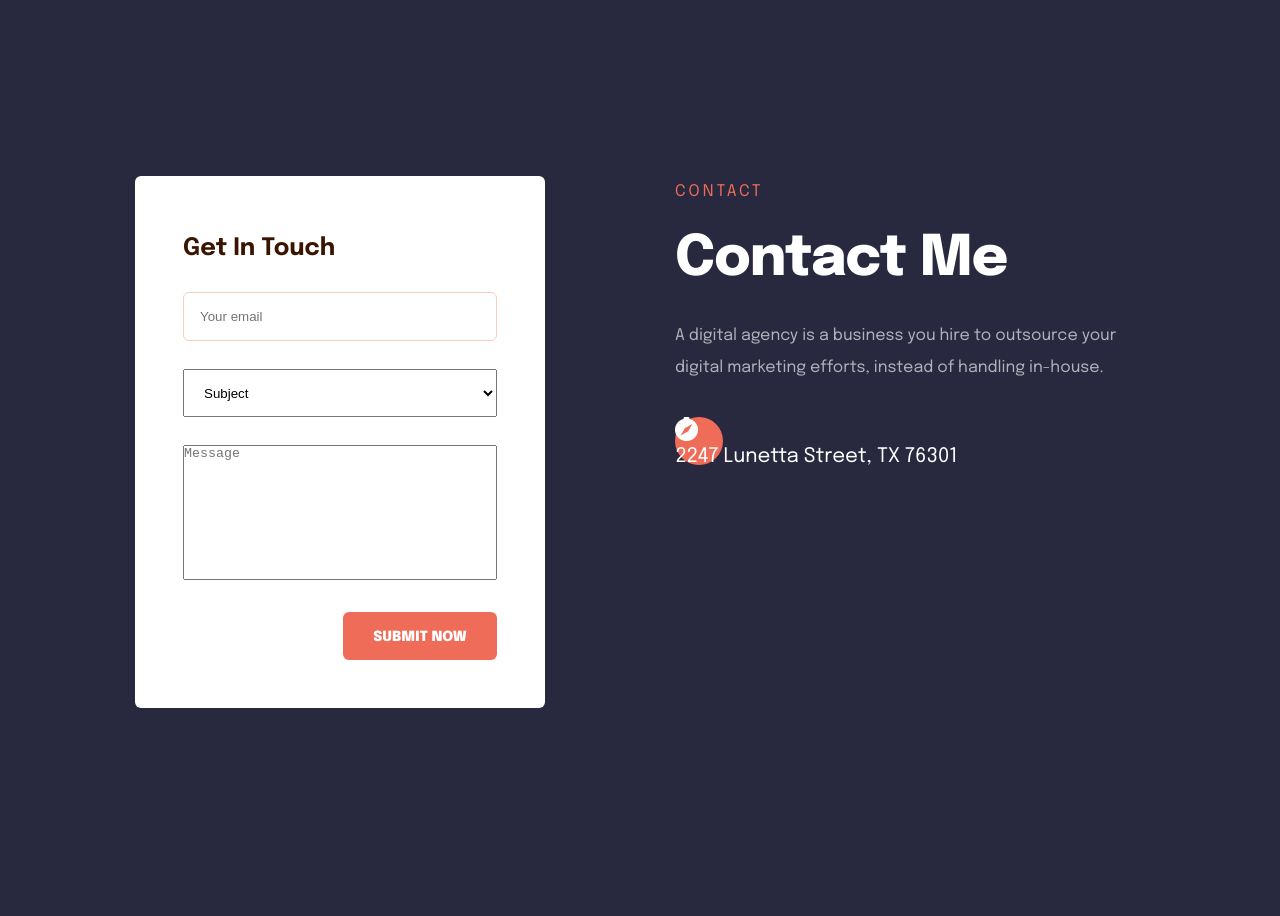
Repository: simralgasimov/contact-me
Page: index.html
An editor plug-in stored every save of this project. The page is shown before and after the next save, followed by the edit.
The browser window is 1280 px wide. The pictures show the whole page.

Above is the page before, as saved 2023-10-04 13:31:24.

### index.html
<!DOCTYPE html>
<html lang="en">
  <head>
    <meta charset="UTF-8" />
    <meta name="viewport" content="width=device-width, initial-scale=1.0" />
    <title>Document</title>
    <link rel="stylesheet" href="./index.css" />
  </head>
  <body>
    <div class="container">
        <form action="">
          <p>Get In Touch</p>
          <label for="">
            <input type="email" placeholder="Your email" />
          </label>

          <label for="subject">
            <select name="" id="subject">
              <option value="subject">Subject</option>
              <option value="subject">Subject</option>
              <option value="subject">Subject</option>
            </select>
          </label>

          <label for="">
            <textarea name=""  placeholder="Message" id=""></textarea>
            <!-- <input type="textarea" name="" id="" /> -->
          </label>
          <button><a href="">Submit Now</a></button>
        </form>


      <div class="contact-me">
        <h1>Contact</h1>
        <h2>Contact Me</h2>
        <p>
          A digital agency is a business you hire to outsource your digital
          marketing efforts, instead of handling in-house.
        </p>
        <div class="cirycle">
          <img src="./img/Shape.png" alt="" />
          <p>2247 Lunetta Street, TX 76301</p>
        </div>
      </div>
    </div>
  </body>
</html>

### index.css
@import url("https://fonts.googleapis.com/css2?family=Epilogue:wght@400;700;800;900&display=swap");
* {
  margin: 0;
  padding: 0;
  box-sizing: border-box;
}

.container {
  padding: 176px 135px 208px 135px;
  background: #28293e;
  display: flex;
  /* justify-content: space-between; */
}

.container p {
  margin-bottom: 27px;
  color: var(--Text_Dark, #391400);
  font-feature-settings: "clig" off, "liga" off;

  font-family: Epilogue;
  font-size: 24px;
  font-style: normal;
  font-weight: 700;
  line-height: 32px;
}

.container form {
  width: 570px;
  margin-right: 130px;
  padding: 57px 48px 48px 48px;
  border-radius: 6px;
  background: #fff;
}

.container input {
  padding: 16px;
  border-radius: 6px;
  border: 1px solid #f3d1bf;
  background: #fff;
}

.container form label {
  display: block;
  margin-bottom: 28px;
}

.container input,
.container textarea,
.container select
{
  width: 100%;
}
.container  input [type="email"] {
  height: 48px;
}

.container  select{
  height: 48px;
  padding: 0 16px;
}

.container  textarea{
  height: 135px;
  resize: none;
}

.container form button {
  width: 154px;
  height: 48px;
  border-radius: 6px;
  background: #ef6d58;
  border: none;
  float: right;
}

.container form button a {
  text-decoration: none;
  color: #fff;
  text-align: center;
  font-family: Epilogue;
  font-size: 14px;
  font-style: normal;
  font-weight: 900;
  line-height: normal;
  text-transform: uppercase;
}

.container .contact-me h1 {
  margin-bottom: 20px;
  width: 86px;
  color: var(--Text_Light_Accent, #ef6d58);
  font-feature-settings: "clig" off, "liga" off;
  font-family: Epilogue;
  font-size: 16px;
  font-style: normal;
  font-weight: 400;
  line-height: 32px;
  letter-spacing: 3px;
  text-transform: uppercase;
}

.container .contact-me h2 {
  margin-bottom: 28px;
  width: 334px;
  color: var(--Text_Light, #fff);
  font-feature-settings: "clig" off, "liga" off;
  font-family: Epilogue;
  font-size: 56px;
  font-style: normal;
  font-weight: 800;
  line-height: 64px;
  letter-spacing: -1px;
}

.container .contact-me p {
  margin-bottom: 33px;
  width: 470px;
  color: var(--Text_Light_Gray, rgba(255, 255, 255, 0.64));
  font-feature-settings: "clig" off, "liga" off;

  font-family: Epilogue;
  font-size: 16px;
  font-style: normal;
  font-weight: 400;
  line-height: 32px;
}

.container .contact-me .cirycle {
  /* position: relative; */
  width: 48px;
  height: 48px;
  background-color: #ef6d58;
  border-radius: 50%;
}

.container .contact-me .cirycle img {
  /* position: absolute; */
  /* margin: 13px; */

  display: flex;
  justify-content: center;
  align-content: center;
}

.container .contact-me .cirycle p {
  display: flex;
  justify-content: center;
  align-items: center;
  align-content: center;
  /* margin-left: 90px; */
  width: 283px;
  color: var(--Text_Light, #fff);
  font-feature-settings: "clig" off, "liga" off;

  font-family: Epilogue;
  font-size: 20px;
  font-style: normal;
  font-weight: 400;
  line-height: 32px;
}

After the next save:
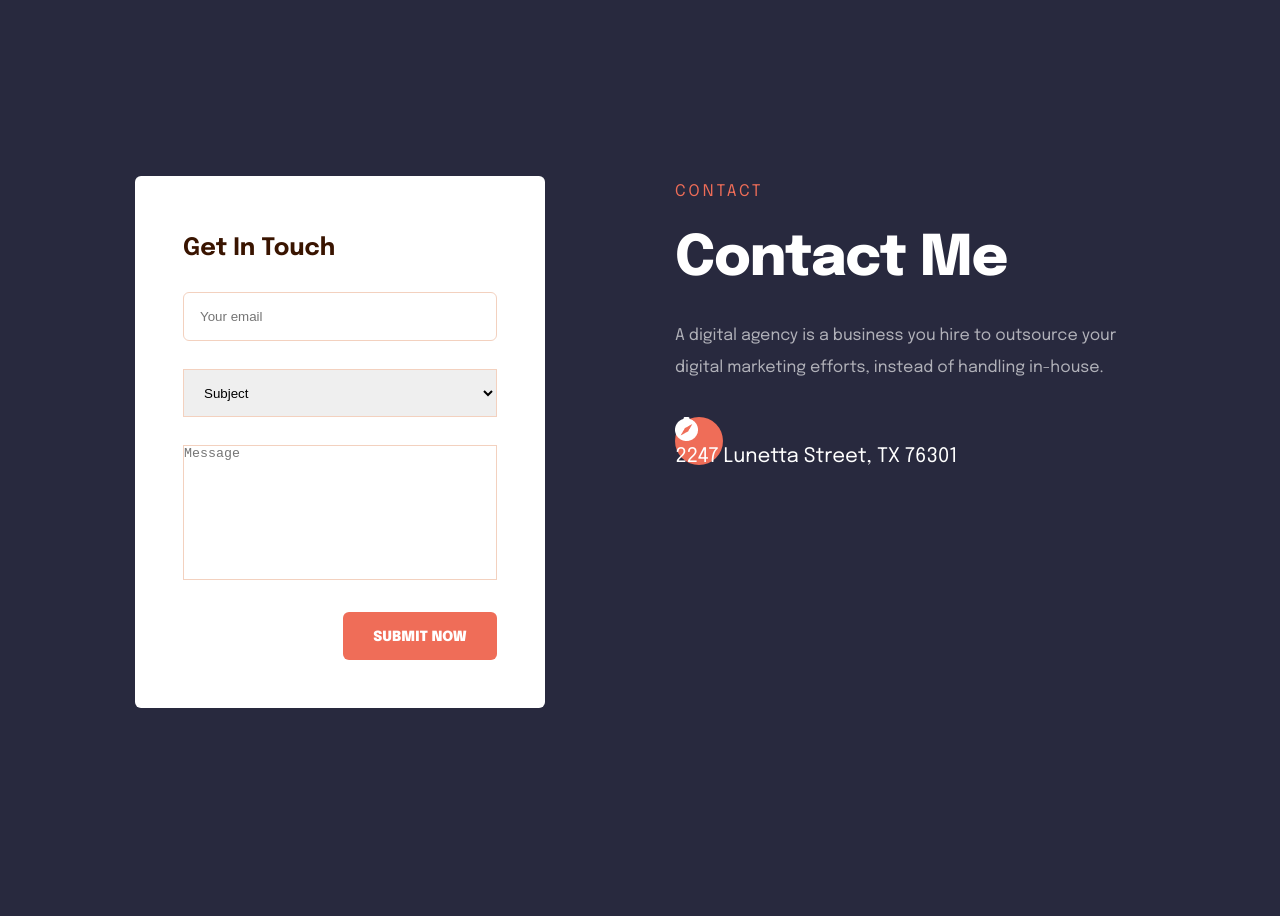
Saved 19 s later.
--- a/index.css
+++ b/index.css
@@ -49,6 +49,8 @@
 .container select
 {
   width: 100%;
+  border: 1px solid #f3d1bf;
+
 }
 .container  input [type="email"] {
   height: 48px;
